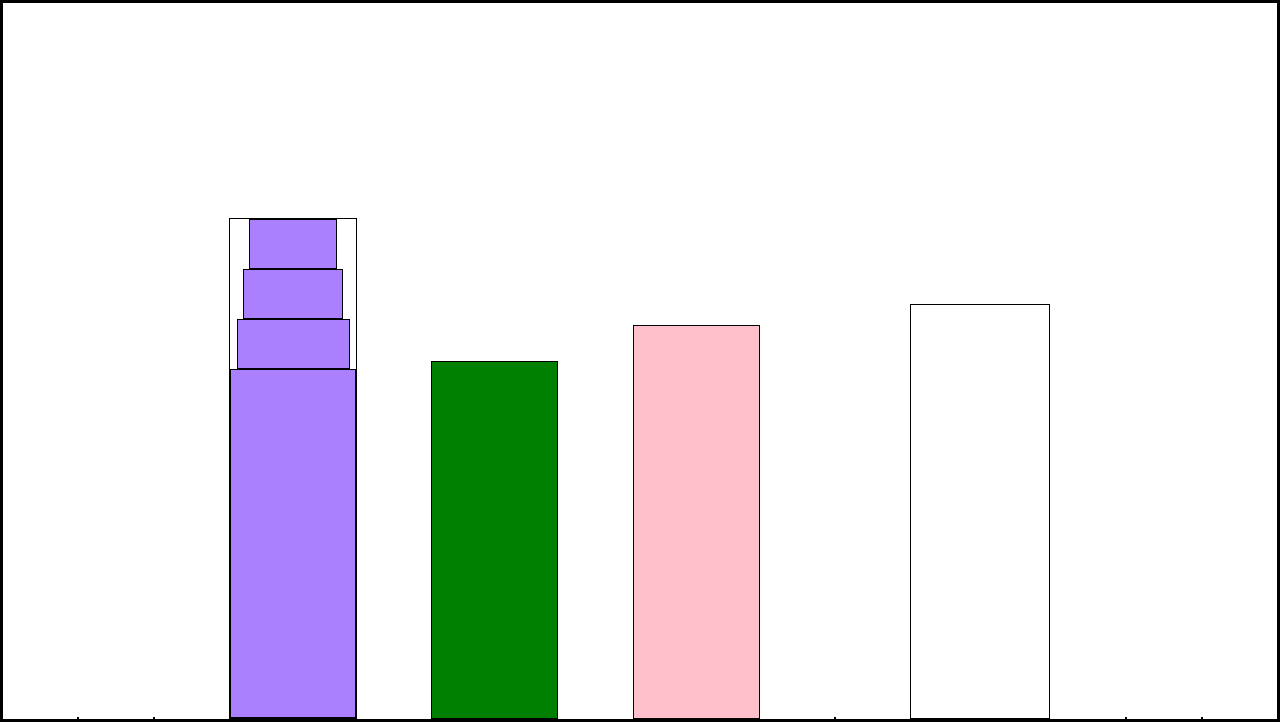
Repository: Lungdjos/city_skyline
Page: index.html
An editor plug-in stored every save of this project. The page is shown before and after the next save, followed by the edit.
The browser window is 1280 px wide. The pictures show the whole page.

Above is the page before, as saved 2023-12-11 10:41:46.

After the next save:
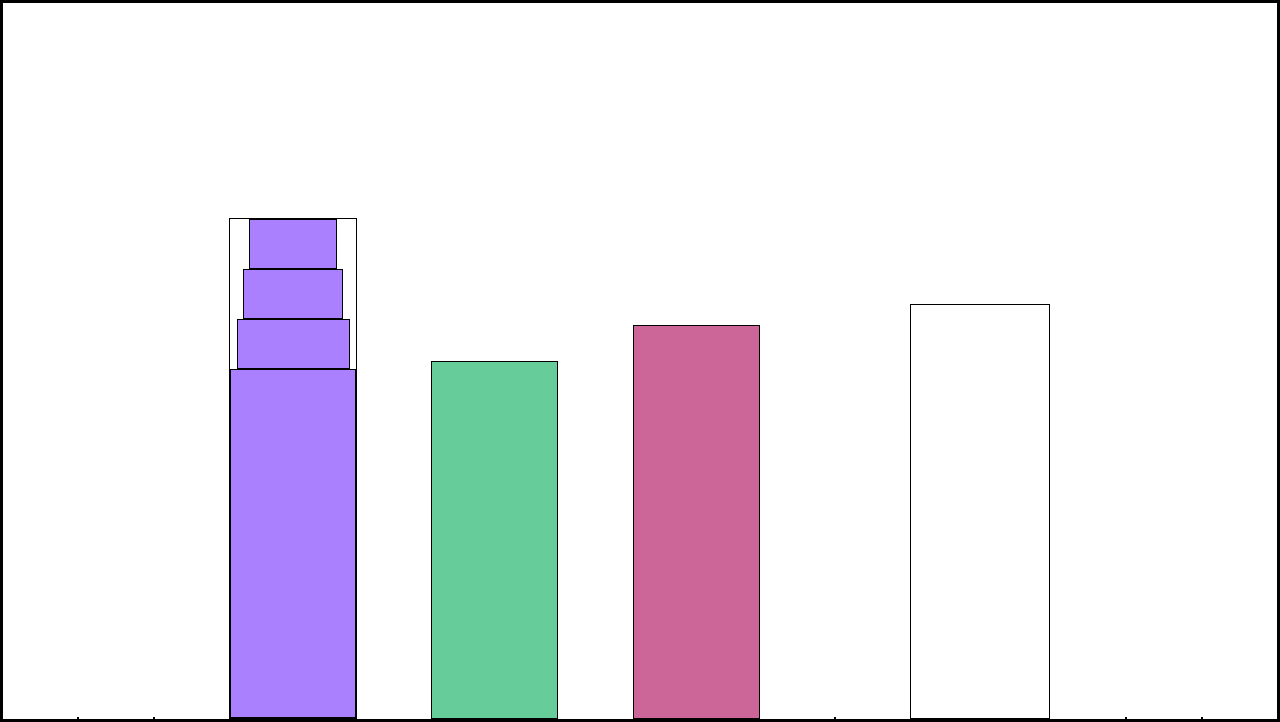
Saved 14 s later.
--- a/styles.css
+++ b/styles.css
@@ -1,4 +1,8 @@
-:root {}
+:root {
+    --building-color1: #aa80ff;
+    --building-color2: #66cc99;
+    --building-color3: #cc6699;
+}
 
 * {
     border: 1px solid black;
@@ -25,9 +29,6 @@ body {
     display: flex;
     flex-direction: column;
     align-items: center;
-    --building-color1: #aa80ff;
-    --building-color2: #66cc99;
-    --building-color3: #cc6699;
 }
 
 .bb1a {
